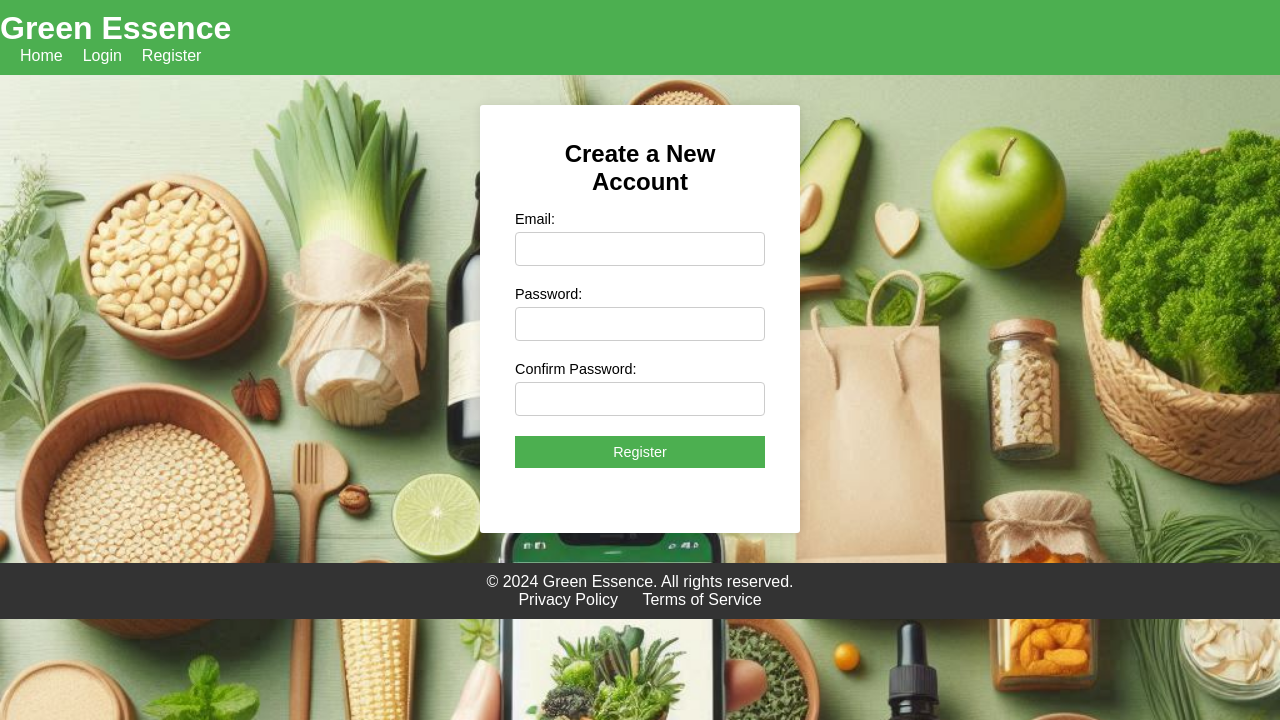
Repository: niki3210/Sahyadri
Page: Projectorganic/Register.html
An editor plug-in stored every save of this project. The page is shown before and after the next save, followed by the edit.
The browser window is 1280 px wide. The pictures show the whole page.

Above is the page before, as saved 2024-06-21 14:45:12.
Not found: Projectorganic/script.js

After the next save:
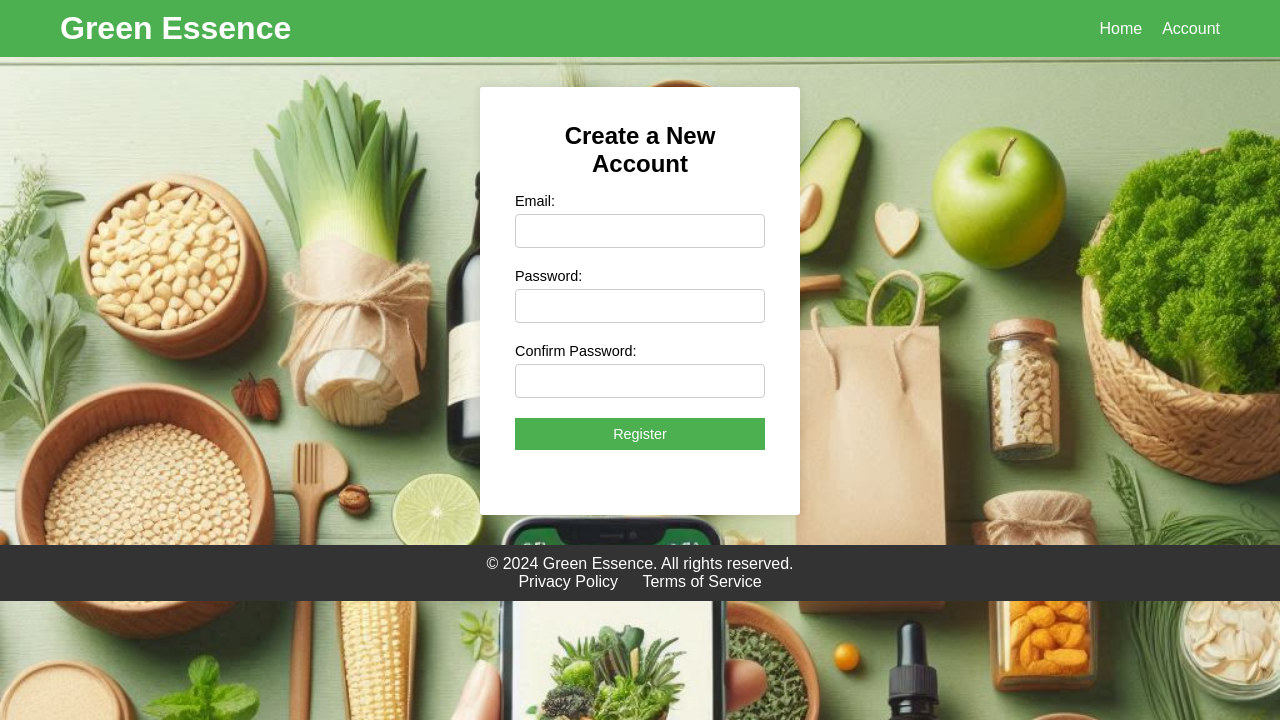
Saved 2 min 10 s later.
--- a/Projectorganic/Register.html
+++ b/Projectorganic/Register.html
@@ -5,23 +5,21 @@
     <meta name="viewport" content="width=device-width, initial-scale=1.0">
     <title>Register - Green Essence</title>
     <link rel="stylesheet" href="styles.css">
-    <link rel="stylesheet" href="login.html">
 </head>
-<body>
+<body class="register">
     <header>
-        <h1>Green Essence</h1>
-        <nav>
-            <ul>
-                <li><a href="index.html">Home</a></li>
-                <li><a href="login.html">Login</a></li>
-                <li><a href="register.html">Register</a></li>
-
-            </ul>
-        </nav>
+        <div class="container">
+            <h1>Green Essence</h1>
+            <nav>
+                <ul>
+                    <li><a href="index.html">Home</a></li>
+                    <li><a href="login.html">Account</a></li>
+                </ul>
+            </nav>
+        </div>
     </header>
-
     <div class="container">
-        <div class="login-container">
+        <div class="register-container">
             <div class="register-form">
                 <h2>Create a New Account</h2>
                 <form action="/register" method="POST">
@@ -42,7 +40,6 @@
             </div>
         </div>
     </div>
-
     <footer>
         <p>&copy; 2024 Green Essence. All rights reserved.</p>
         <div>
@@ -50,7 +47,5 @@
             <a href="#">Terms of Service</a>
         </div>
     </footer>
-
-    <script src="script.js"></script>
 </body>
 </html>
